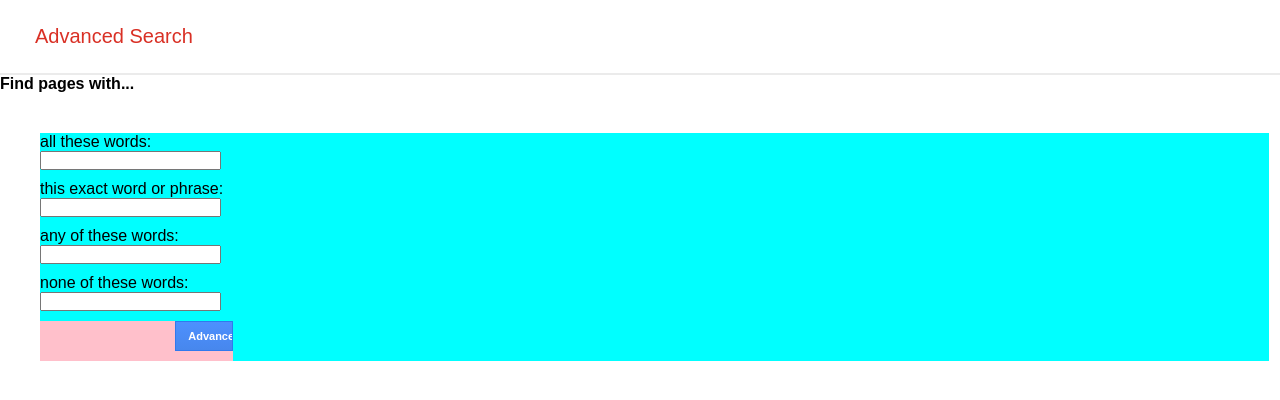
Repository: etentuk/search
Page: advanced_search.html
The author's editor kept a copy of each file at every save. The page is drawn from the files as they stood at one save, then again after the next save.
The browser window is 1280 px wide. The pictures show the whole page.

Above is the page before, as saved 2021-11-05 00:36:17.

After the next save:
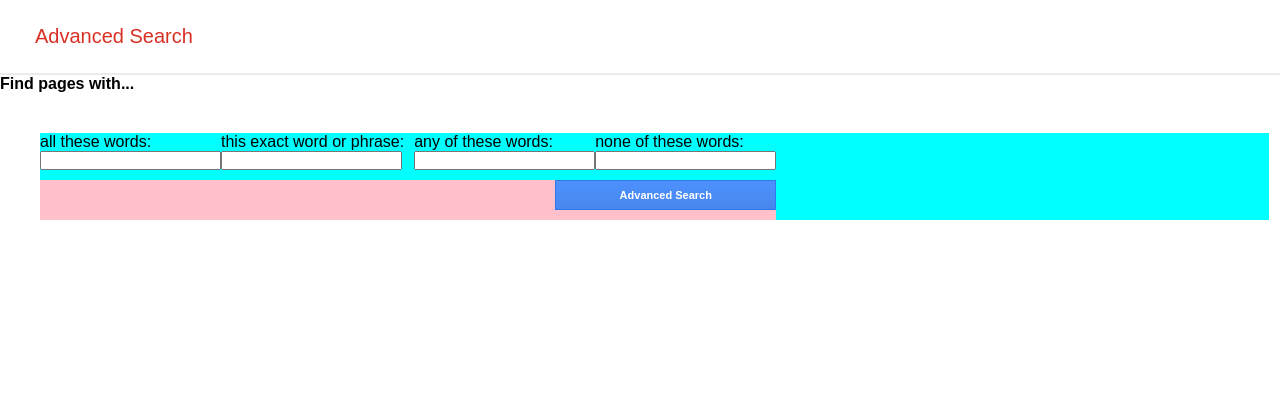
Saved 19 s later.
--- a/styles.css
+++ b/styles.css
@@ -17,6 +17,10 @@
   background-color: aqua;
   width: 96%;
   margin: 40px;
+}
+
+.form-input {
+  display: inline-block;
 }
 
 label {
